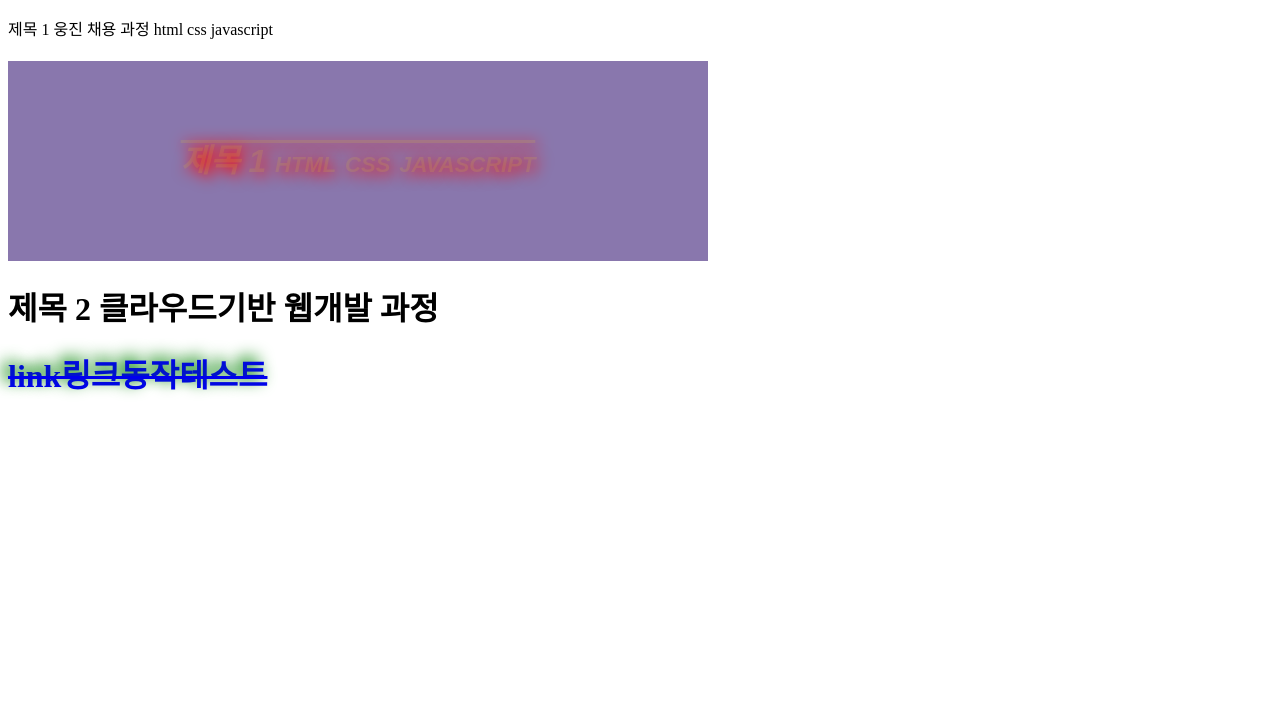
Repository: Kray273/JSLab
Page: css/src/main/webapp/Day97/textstyle.html
An editor plug-in stored every save of this project. The page is shown before and after the next save, followed by the edit.
The browser window is 1280 px wide. The pictures show the whole page.

Above is the page before, as saved 2022-11-25 05:55:43.

After the next save:
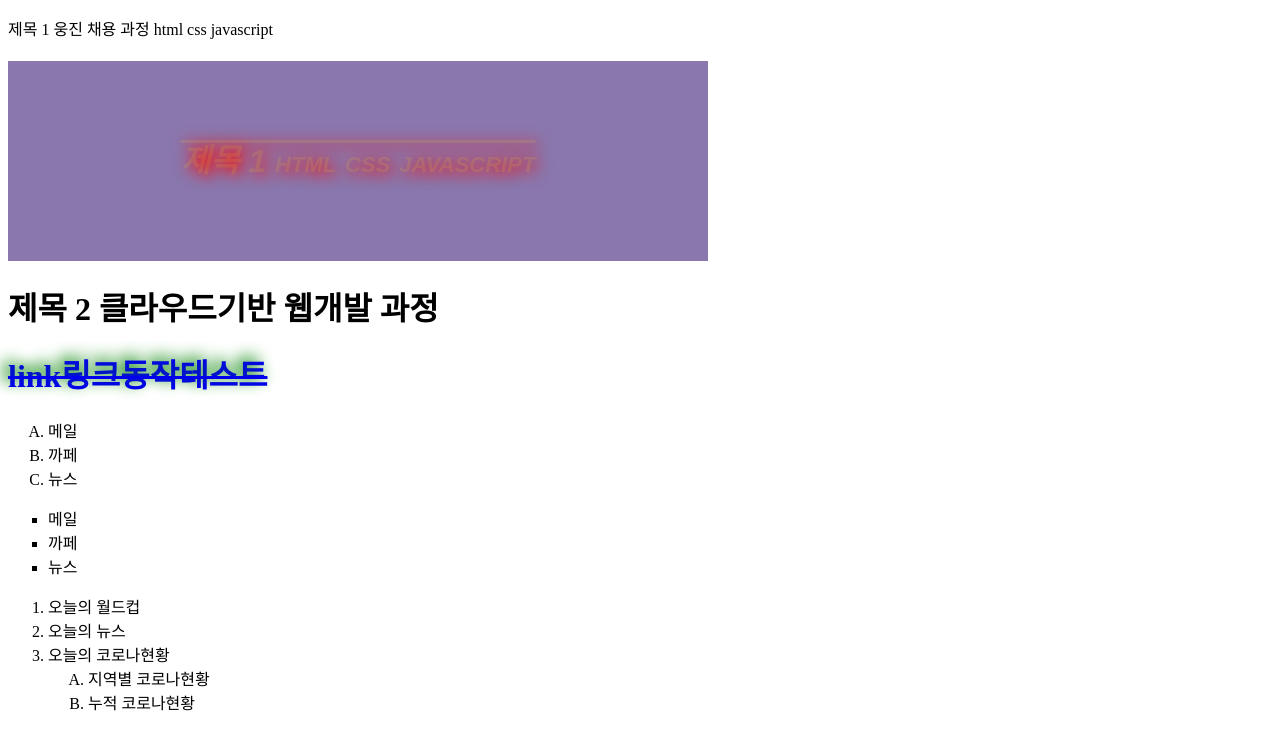
Saved 15 min 15 s later.
--- a/css/src/main/webapp/Day97/textstyle.html
+++ b/css/src/main/webapp/Day97/textstyle.html
@@ -54,5 +54,29 @@
 <h1 id="google"> 제목 2 클라우드기반 웹개발 과정</h1>
 <h1><a href="#" id="link">LinK링크동작테스트</a></h1>
 
+<ol type="A">
+	<li>메일</li>
+	<li>까페</li>
+	<li>뉴스</li>
+</ol>
+
+<ul type="square">
+	<li>메일</li>
+	<li>까페</li>
+	<li>뉴스</li>
+</ul>
+
+<ol>
+	<li>오늘의 월드컵</li>
+	<li>오늘의 뉴스</li>
+	<li>
+		오늘의 코로나현황
+		<ol type="A">
+			<li>지역별 코로나현황</li>
+			<li>누적 코로나현황</li>
+		</ol>
+	</li>
+</ol>
+
 </body>
 </html>
